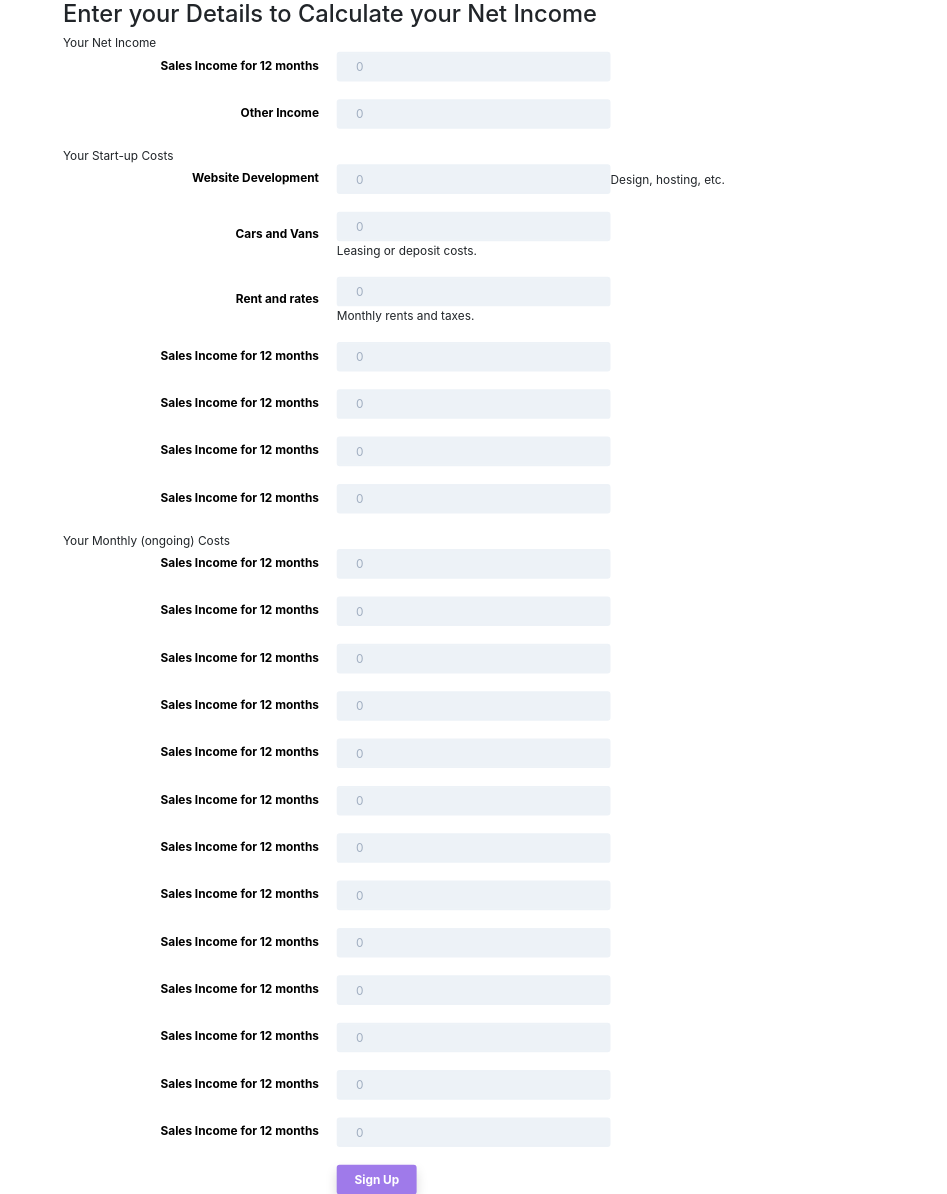
Repository: latenightsnacc/Financial-Forecast
Page: financial-forecast.html
These files come from the project's save history. The page is drawn as it stood at one moment and after the next save; the edit follows.
The browser window is 1280 px wide. The pictures show the whole page, at 74% of full size.

Above is the page before, as saved 2020-11-15 13:19:55.

After the next save:
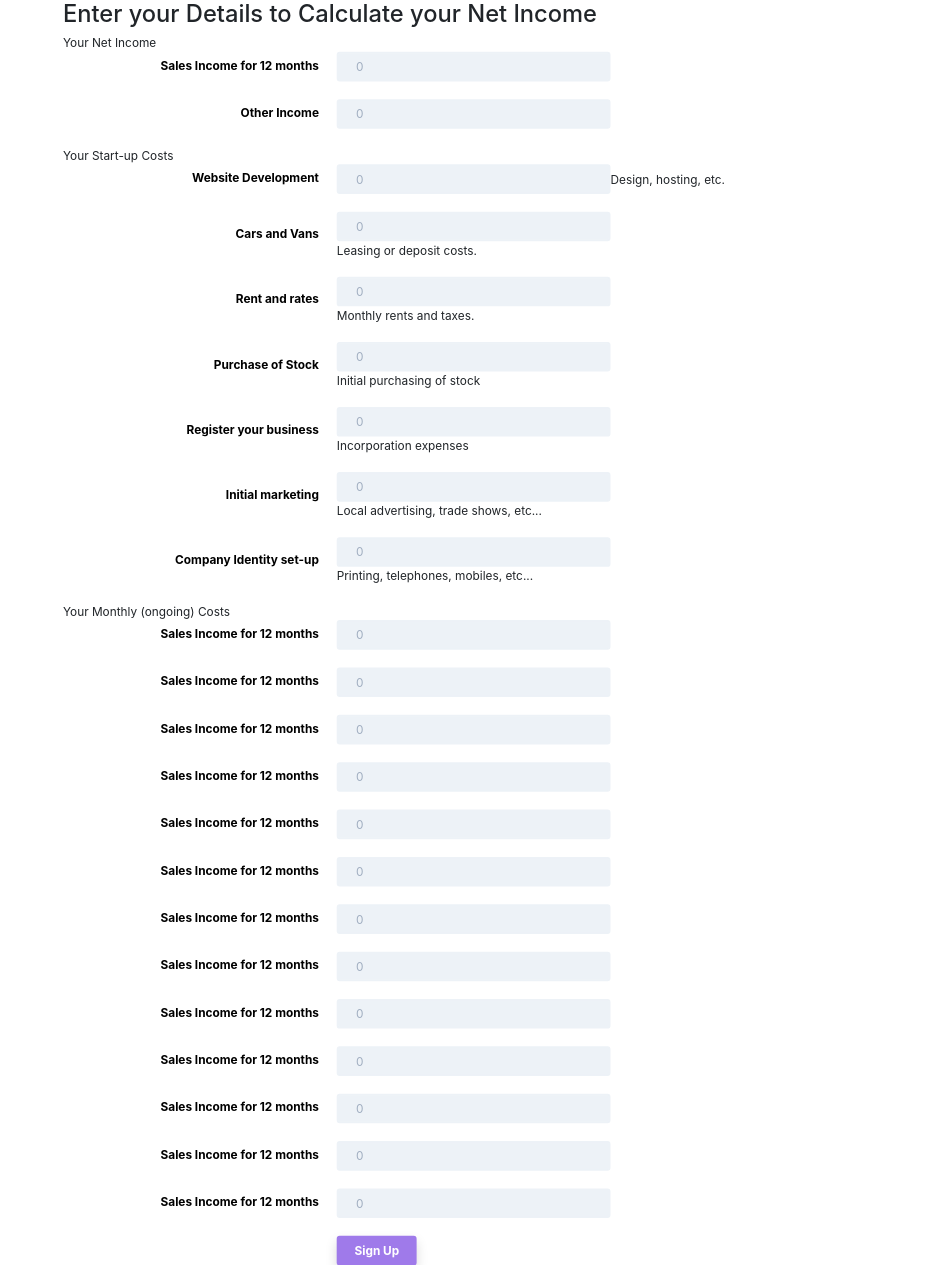
Saved 6 min 14 s later.
--- a/financial-forecast.html
+++ b/financial-forecast.html
@@ -90,46 +90,50 @@
                 <div class="md:flex md:items-center mb-6">
                     <div class="md:w-1/3">
                         <label class="block text-black font-bold md:text-right mb-1 md:mb-0 pr-4" for="inline-full-name" placeholder="0">
-                            Sales Income for 12 months
-                        </label>
-                    </div>
-                    <div class="md:w-1/3">
-                        <input class="bg-gray-200 appearance-none border-2 border-gray-200 rounded w-full py-2 px-4 text-gray-700 leading-tight focus:outline-none focus:bg-white focus:border-grey-500" id="inline-full-name" type="text" placeholder="0">
-                    </div>
-
-                </div>
-                <!--Website Development-->
-                <div class="md:flex md:items-center mb-6">
-                    <div class="md:w-1/3">
-                        <label class="block text-black font-bold md:text-right mb-1 md:mb-0 pr-4" for="inline-full-name" placeholder="0">
-                            Sales Income for 12 months
-                        </label>
-                    </div>
-                    <div class="md:w-1/3">
-                        <input class="bg-gray-200 appearance-none border-2 border-gray-200 rounded w-full py-2 px-4 text-gray-700 leading-tight focus:outline-none focus:bg-white focus:border-grey-500" id="inline-full-name" type="text" placeholder="0">
-                    </div>
-
-                </div>
-                <!--Website Development-->
-                <div class="md:flex md:items-center mb-6">
-                    <div class="md:w-1/3">
-                        <label class="block text-black font-bold md:text-right mb-1 md:mb-0 pr-4" for="inline-full-name" placeholder="0">
-                            Sales Income for 12 months
-                        </label>
-                    </div>
-                    <div class="md:w-1/3">
-                        <input class="bg-gray-200 appearance-none border-2 border-gray-200 rounded w-full py-2 px-4 text-gray-700 leading-tight focus:outline-none focus:bg-white focus:border-grey-500" id="inline-full-name" type="text" placeholder="0">
-                    </div>
-                </div>
-                <!--Website Development-->
-                <div class="md:flex md:items-center mb-6">
-                    <div class="md:w-1/3">
-                        <label class="block text-black font-bold md:text-right mb-1 md:mb-0 pr-4" for="inline-full-name" placeholder="0">
-                            Sales Income for 12 months
-                        </label>
-                    </div>
-                    <div class="md:w-1/3">
-                        <input class="bg-gray-200 appearance-none border-2 border-gray-200 rounded w-full py-2 px-4 text-gray-700 leading-tight focus:outline-none focus:bg-white focus:border-grey-500" id="inline-full-name" type="text" placeholder="0">
+                            Purchase of Stock
+                        </label>
+                    </div>
+                    <div class="md:w-1/3">
+                        <input class="bg-gray-200 appearance-none border-2 border-gray-200 rounded w-full py-2 px-4 text-gray-700 leading-tight focus:outline-none focus:bg-white focus:border-grey-500" id="inline-full-name" type="text" placeholder="0">
+                        <span class="eg">Initial purchasing of stock</span>
+                    </div>
+
+                </div>
+                <!--Website Development-->
+                <div class="md:flex md:items-center mb-6">
+                    <div class="md:w-1/3">
+                        <label class="block text-black font-bold md:text-right mb-1 md:mb-0 pr-4" for="inline-full-name" placeholder="0">
+                            Register your business
+                        </label>
+                    </div>
+                    <div class="md:w-1/3">
+                        <input class="bg-gray-200 appearance-none border-2 border-gray-200 rounded w-full py-2 px-4 text-gray-700 leading-tight focus:outline-none focus:bg-white focus:border-grey-500" id="inline-full-name" type="text" placeholder="0">
+                        <span class="eg">Incorporation expenses</span>
+                    </div>
+
+                </div>
+                <!--Website Development-->
+                <div class="md:flex md:items-center mb-6">
+                    <div class="md:w-1/3">
+                        <label class="block text-black font-bold md:text-right mb-1 md:mb-0 pr-4" for="inline-full-name" placeholder="0">
+                            Initial marketing
+                        </label>
+                    </div>
+                    <div class="md:w-1/3">
+                        <input class="bg-gray-200 appearance-none border-2 border-gray-200 rounded w-full py-2 px-4 text-gray-700 leading-tight focus:outline-none focus:bg-white focus:border-grey-500" id="inline-full-name" type="text" placeholder="0">
+                        <span class="eg">Local advertising, trade shows, etc...</span>
+                    </div>
+                </div>
+                <!--Website Development-->
+                <div class="md:flex md:items-center mb-6">
+                    <div class="md:w-1/3">
+                        <label class="block text-black font-bold md:text-right mb-1 md:mb-0 pr-4" for="inline-full-name" placeholder="0">
+                            Company Identity set-up
+                        </label>
+                    </div>
+                    <div class="md:w-1/3">
+                        <input class="bg-gray-200 appearance-none border-2 border-gray-200 rounded w-full py-2 px-4 text-gray-700 leading-tight focus:outline-none focus:bg-white focus:border-grey-500" id="inline-full-name" type="text" placeholder="0">
+                        <span class="eg">Printing, telephones, mobiles, etc...</span>
                     </div>
                 </div>
             <!--MONTHLY COSTS-->
